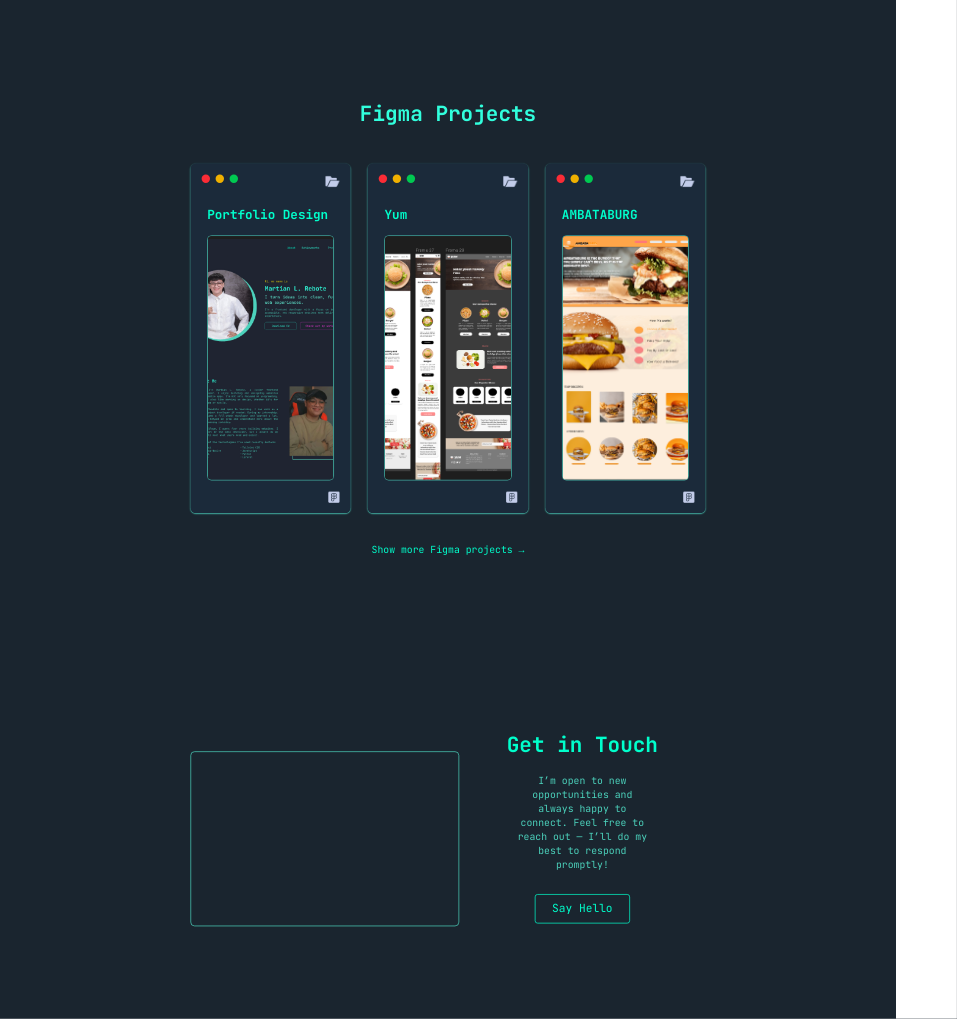
Repository: m4rsu-code/Portfolio
Page: / (app in my-portfolio/)
The author's editor kept a copy of each file at every save. The page is drawn from the files as they stood at one save, then again after the next save.
The browser window is 1280 px wide. The page is 1367 px wide, so the pictures cover 1367 px, including what lies to the right of the window. The pictures show the part of the page from y = 3555 to 5315 px (the page is 5011 px tall before and 5315 px after), at 70% of full size.
The project was rebuilt for these pictures with package versions that can differ from the ones it lists, and the page was loaded fresh each time. Also part of the build but not shown: my-portfolio/vite.config.js, my-portfolio/src/assets/components/Modal/AchievementModal.jsx, my-portfolio/src/AchievementsPage.jsx, my-portfolio/src/ProjectPage.jsx, my-portfolio/src/FigmaProjectsPage.jsx.

Above is the page before, as saved 2025-08-04 18:20:54.

After the next save:
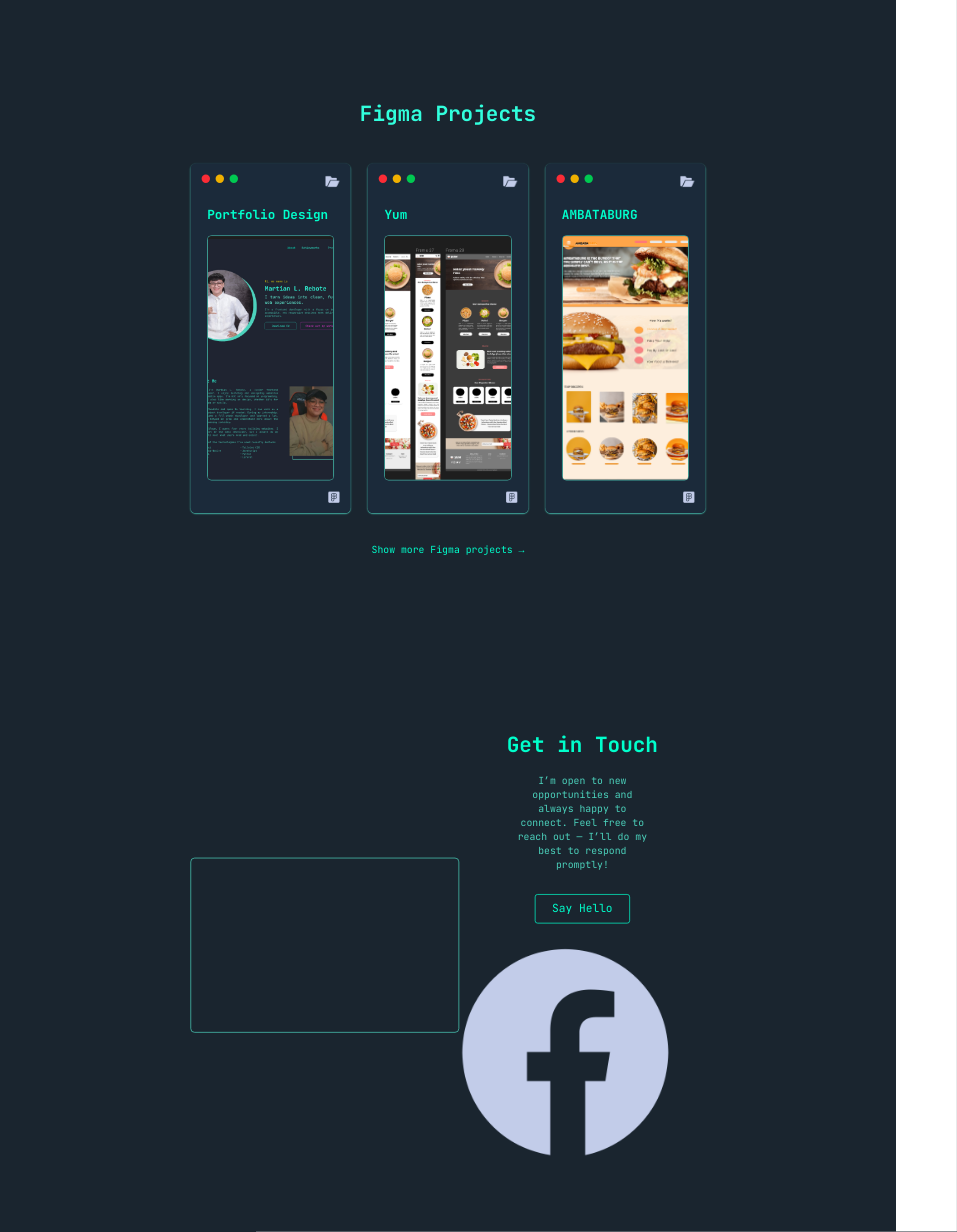
Saved 39 s later.
--- a/my-portfolio/src/App.jsx
+++ b/my-portfolio/src/App.jsx
@@ -351,7 +351,7 @@ function App() {
               {/* Social icons */}
               <div className="flex items-center justify-center md:justify-start gap-4 text-[#A0AEC0]">
                 <a href="#" className="hover:text-[#00FFCC]">
-                  <i className="fab fa-facebook text-2xl"></i>
+                  <img src="/Images/facebook.png" alt="" />
                 </a>
                 <a href="#" className="hover:text-[#00FFCC]">
                   <i className="fab fa-instagram text-2xl"></i>
